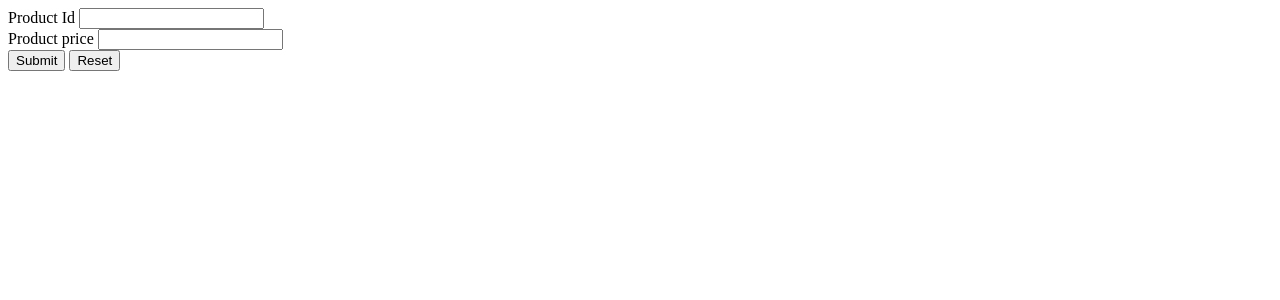
Repository: uaganesh/training
Page: ServletWithHibernate/src/main/webapp/updateProduct.html
An editor plug-in stored every save of this project. The page is shown before and after the next save, followed by the edit.
The browser window is 1280 px wide. The pictures show the whole page.

Above is the page before, as saved 2022-08-10 09:29:11.

### ServletWithHibernate/src/main/webapp/updateProduct.html
<!DOCTYPE html>
<html>
<head>
<meta charset="ISO-8859-1">
<title>Insert title here</title>
</head>
<body>
<form action="ProductStoreController" method="post">
<label>Product Id</label>
<input type="number" name="pid"></br>
<label>Product price</label>
<input type="text" name="price"></br>
<input type="submit" value="Submit">
<input type="reset">
</form>

</body>
</html>

After the next save:
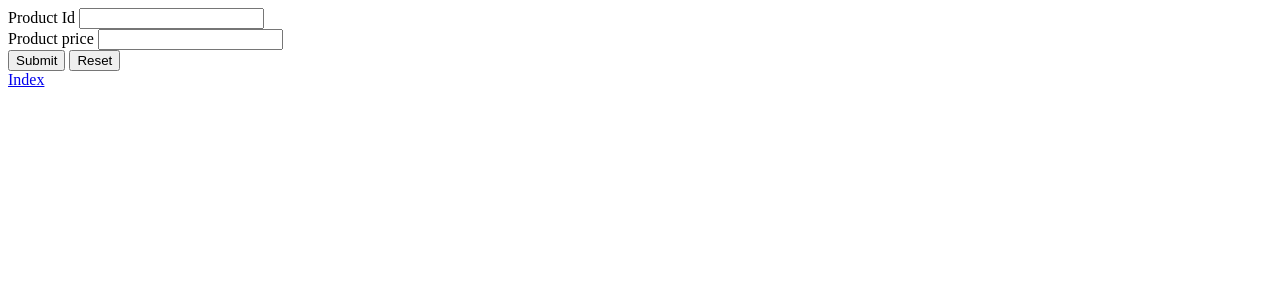
Saved 17 s later.
--- a/ServletWithHibernate/src/main/webapp/updateProduct.html
+++ b/ServletWithHibernate/src/main/webapp/updateProduct.html
@@ -13,6 +13,6 @@
 <input type="submit" value="Submit">
 <input type="reset">
 </form>
-
+<a href="index.html">Index</a>
 </body>
 </html>
